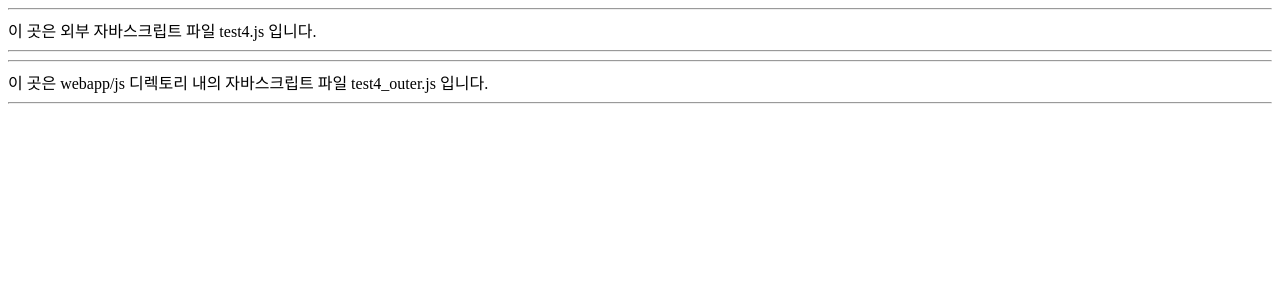
Repository: KimMinseooo/itwillStudy
Page: BACKEND/JSP/workspace_jsp/StudyJavascript/src/main/webapp/js02_1029/test4.html
The author's editor kept a copy of each file at every save. The page is drawn from the files as they stood at one save, then again after the next save.
The browser window is 1280 px wide. The pictures show the whole page.

Above is the page before, as saved 2024-10-29 05:45:49.

### BACKEND/JSP/workspace_jsp/StudyJavascript/src/main/webapp/js02_1029/test4.html
<!DOCTYPE html>
<html>
<head>
<meta charset="UTF-8">
<title>Insert title here</title>
<!--
[ 외부 자바스크립트 파일 불러오기]
-<script> 태그의 src속성을 통해 불러올 외부 자바스크립트 파일 지정
- 절대경로 또는 상대경로 모두 사용 가능
- 외부 자바스크립트와 내부 자바스크립트 모두 차례대로 실행됨
- 주의! 외부파일을 불러오는 <script> 태그 내에 자바스크립트 코드 작성 시 동작하지 않는다 .
 -->
<script src="./test4.js"></script>
<script type="text/javascript">
alert("확인2");
</script>


<script src="../js/test4_outer.js"></script>


</head>
<body>

</body>
</html>

### BACKEND/JSP/workspace_jsp/StudyJavascript/src/main/webapp/js02_1029/test4.js
/**

이 파일은 외부 자바스크립트 파일이며 자바스크립트 코드 전용 파일.
자바스크립트 파일 내에서는 <script> 태그 없이 자바스크립트 코드 작성함.
또한, 이 파일은 직접 실행되는 것이 아니라
HTML 문서의 <script> 태그를 사용하여 문서 내에 포함시켜 사용

 */

alert("확인");
console.log("외부 자바스크립트 파일 test4.js");
document.write("<hr>");
document.write("이 곳은 외부 자바스크립트 파일 test4.js 입니다. ");
document.write("<hr>");

### BACKEND/JSP/workspace_jsp/StudyJavascript/src/main/webapp/js/test4_outer.js
alert("확인");
console.log("외부 자바스크립트 파일 test4_outer.js");
document.write("<hr>");
document.write("이 곳은 webapp/js 디렉토리 내의 자바스크립트 파일 test4_outer.js 입니다. ");
document.write("<hr>");

After the next save:
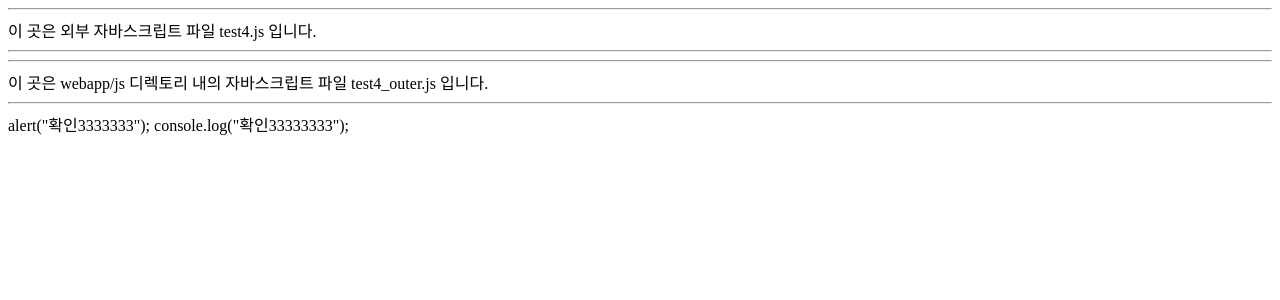
Saved 101 s later.
--- a/BACKEND/JSP/workspace_jsp/StudyJavascript/src/main/webapp/js02_1029/test4.html
+++ b/BACKEND/JSP/workspace_jsp/StudyJavascript/src/main/webapp/js02_1029/test4.html
@@ -16,7 +16,9 @@
 </script>
 
 
-<script src="../js/test4_outer.js"></script>
+<script type="text/javascript" src="../js/test4_outer.js"></script>
+	alert("확인3333333");
+	console.log("확인33333333");
 
 
 </head>

After the save that followed:
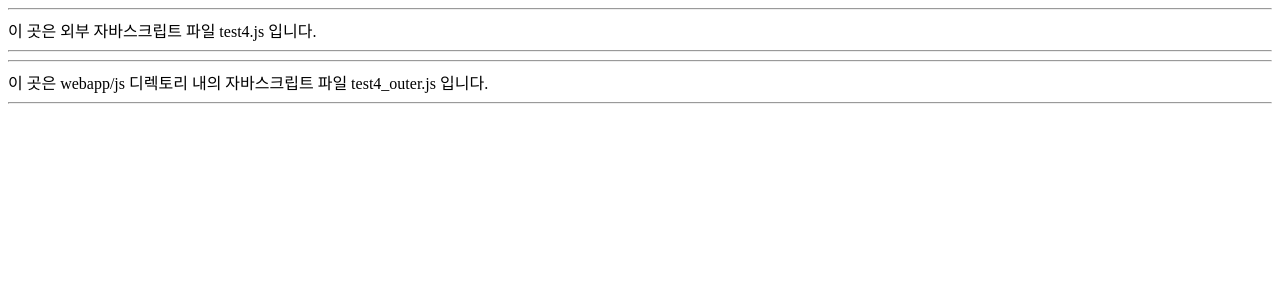
Saved 13 s later.
--- a/BACKEND/JSP/workspace_jsp/StudyJavascript/src/main/webapp/js02_1029/test4.html
+++ b/BACKEND/JSP/workspace_jsp/StudyJavascript/src/main/webapp/js02_1029/test4.html
@@ -16,9 +16,12 @@
 </script>
 
 
-<script type="text/javascript" src="../js/test4_outer.js"></script>
-	alert("확인3333333");
-	console.log("확인33333333");
+<script type="text/javascript" src="../js/test4_outer.js">
+
+alert("확인3333333");
+console.log("확인33333333");
+
+</script>
 
 
 </head>
